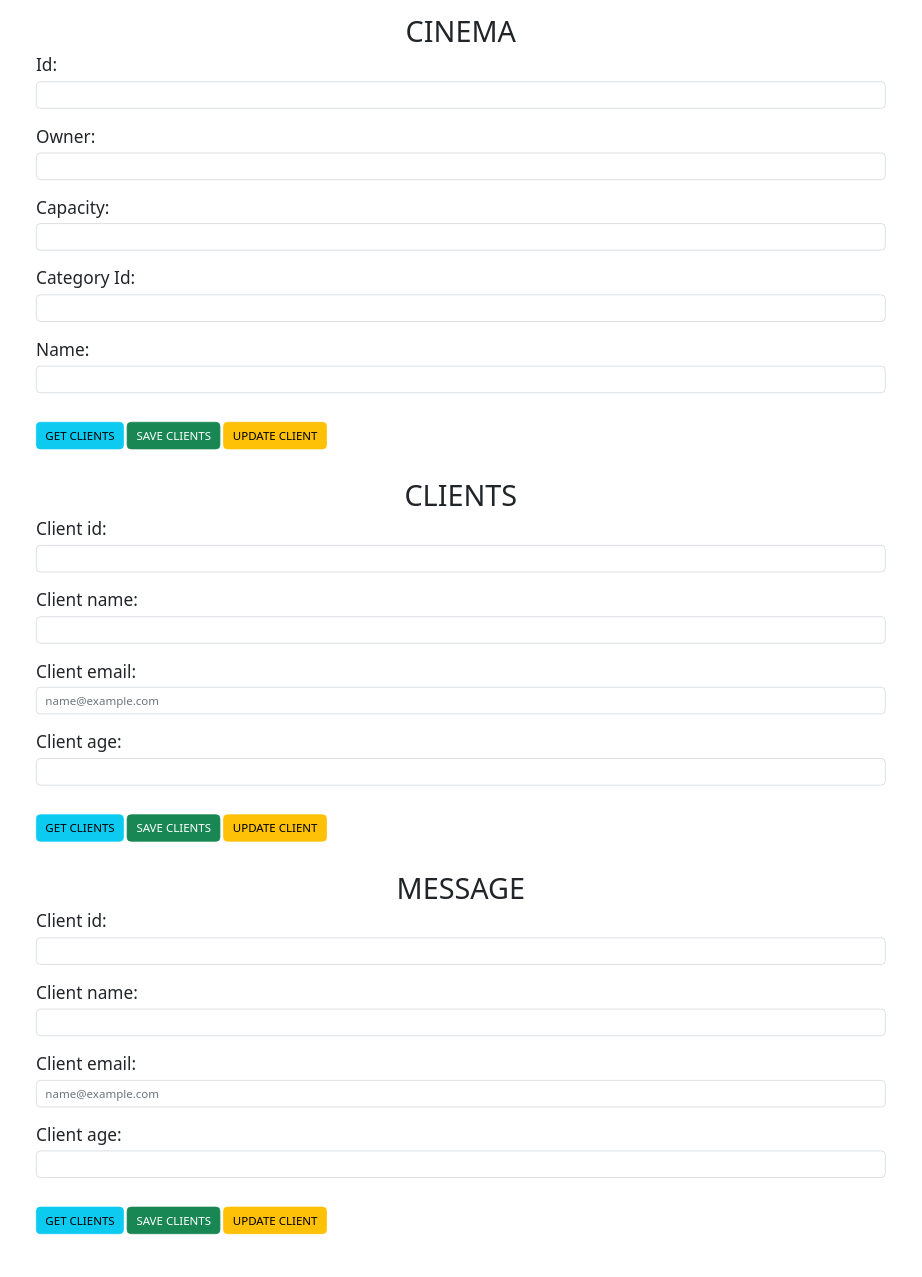
Repository: almendezl/MisionTIC
Page: index.html
An editor plug-in stored every save of this project. The page is shown before and after the next save, followed by the edit.
The browser window is 1280 px wide. The pictures show the whole page, at 72% of full size.

Above is the page before, as saved 2022-10-01 21:54:31.

After the next save:
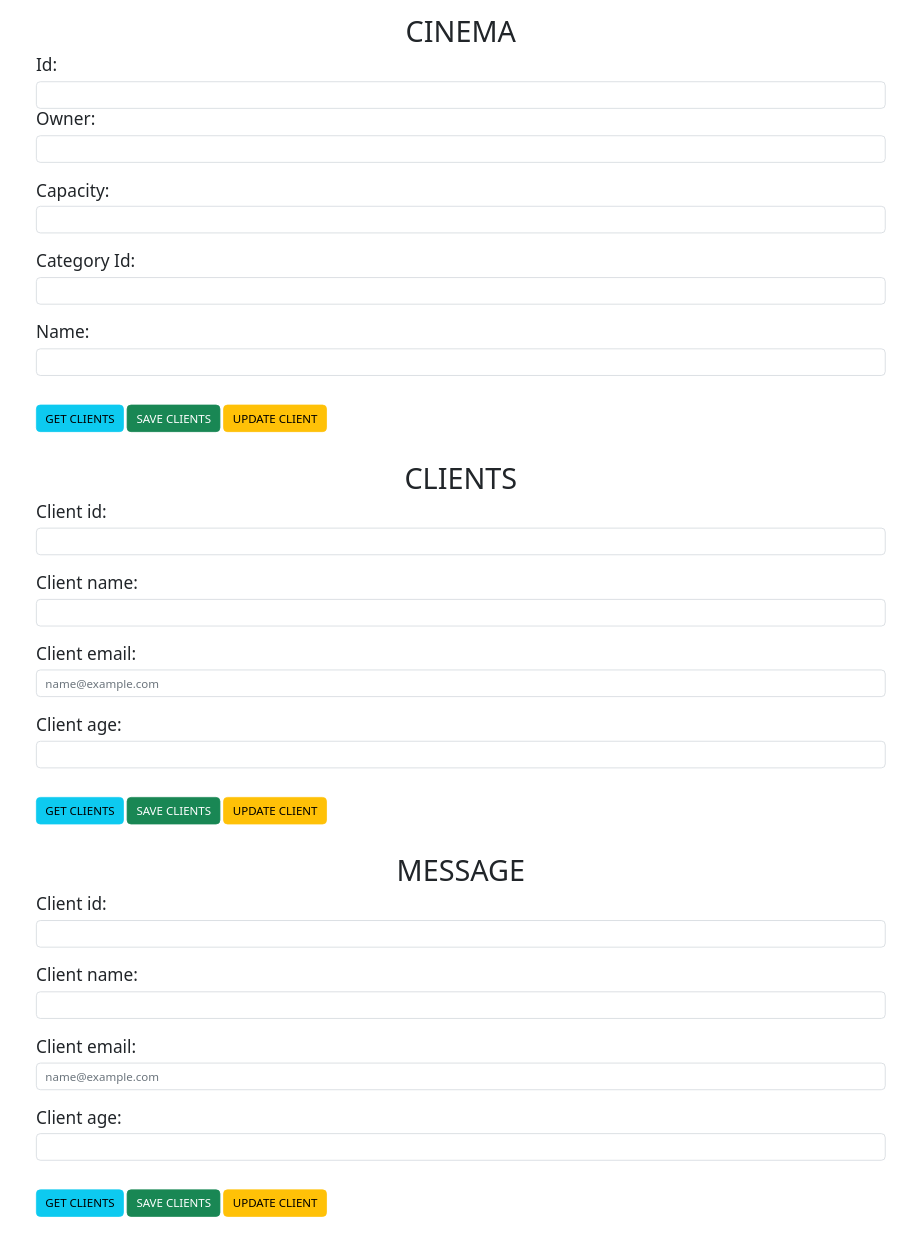
Saved 14 s later.
--- a/index.html
+++ b/index.html
@@ -19,7 +19,7 @@
     <form action="">
         <div class="form-group">
             <h4 class="label label-default" >Id: </h4>
-            <input class="form-control" type="number" id="clientId"> <br>
+            <input class="form-control" type="number" id="clientId">
         </div>
 
         <div class="form-group">
